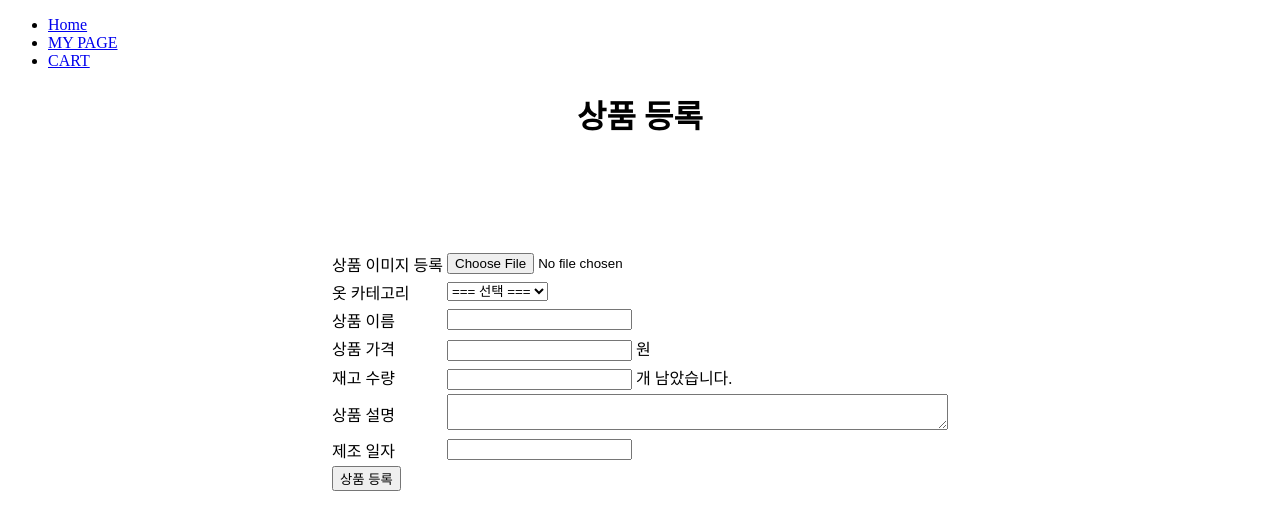
Repository: leekwah/jsp
Page: jiwon/semiProject/WebContent/Upload_Product/uploadProduct.html
An editor plug-in stored every save of this project. The page is shown before and after the next save, followed by the edit.
The browser window is 1280 px wide. The pictures show the whole page.

Above is the page before, as saved 2022-09-16 08:32:31.

After the next save:
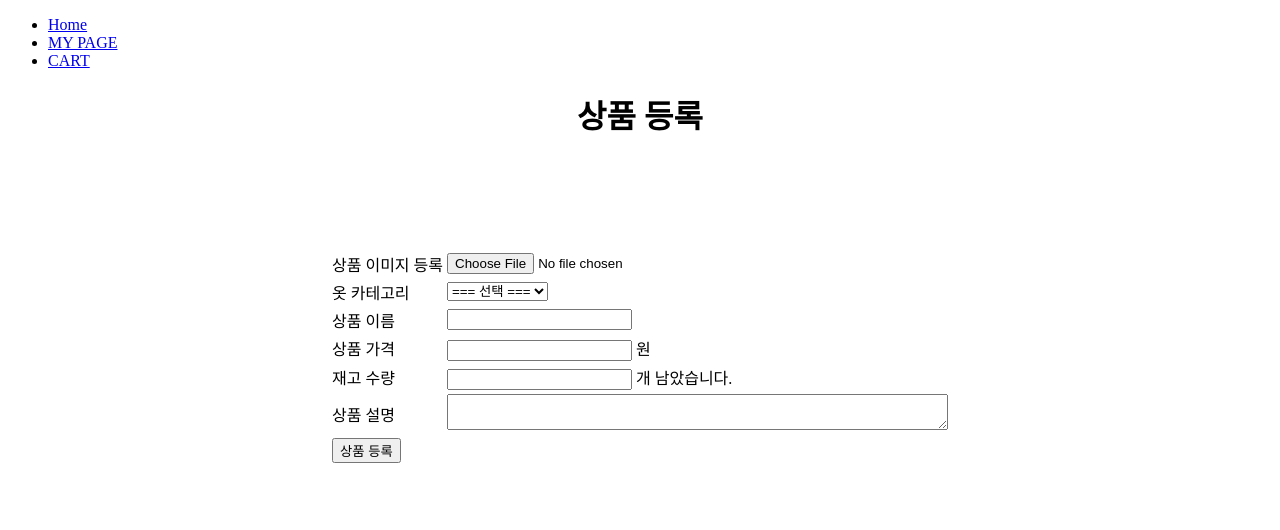
Saved 13 min 57 s later.
--- a/jiwon/semiProject/WebContent/Upload_Product/uploadProduct.html
+++ b/jiwon/semiProject/WebContent/Upload_Product/uploadProduct.html
@@ -95,14 +95,6 @@
 						</td>
 					</tr>
 					<br>
-					<tr class="product_date">
-						<td>
-							<label class="product_date">제조 일자</label>&nbsp;
-						</td>
-						<td>
-							<input type="text" name="product_date">
-						</td>
-					</tr>
 					<tr>
 						<td>
 							<input type="submit" value="상품 등록">
